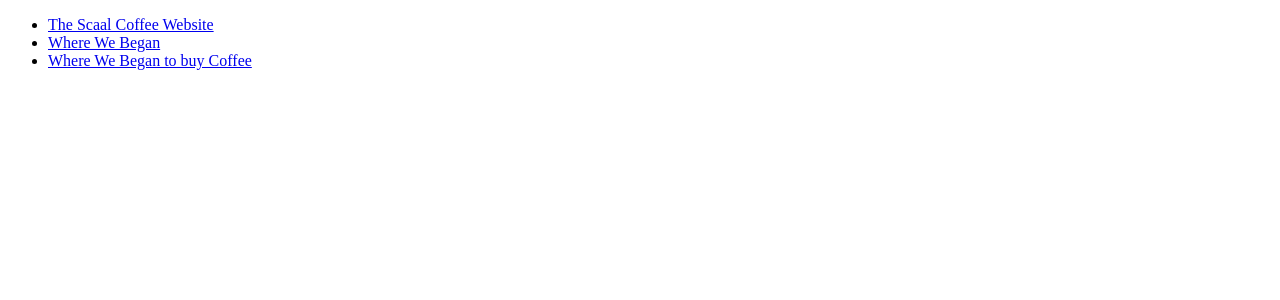
Repository: Tan-Khang21/TH_TKW--Buoi_03
Page: BT_mau/Bai_4/left.html
The author's editor kept a copy of each file at every save. The page is drawn from the files as they stood at one save, then again after the next save.
The browser window is 1280 px wide. The pictures show the whole page.

Above is the page before, as saved 2024-02-27 19:58:55.

After the next save:
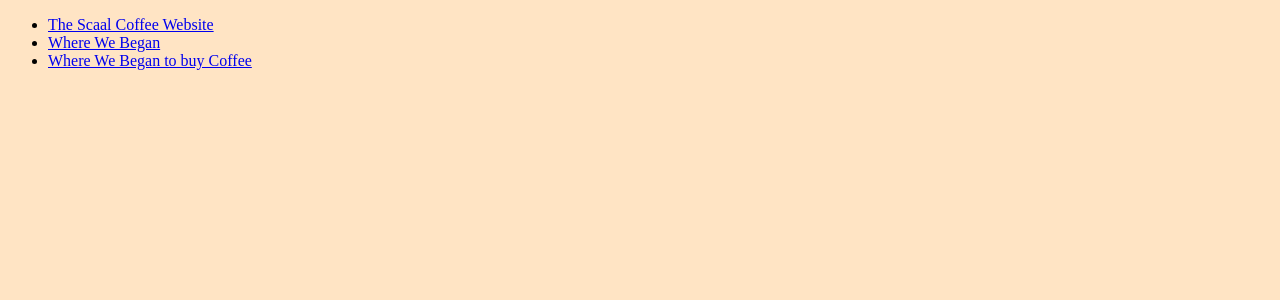
Saved 41 s later.
--- a/BT_mau/Bai_4/left.html
+++ b/BT_mau/Bai_4/left.html
@@ -5,7 +5,7 @@
     <meta name="viewport" content="width=device-width, initial-scale=1.0" />
     <title>Document</title>
   </head>
-  <body>
+  <body  style="background-color: bisque;">
     <ul>
       <li><a href="main1.html" target="main1">The Scaal Coffee Website</a></li>
       <li><a href="main2.html" target="main1">Where We Began</a></li>
